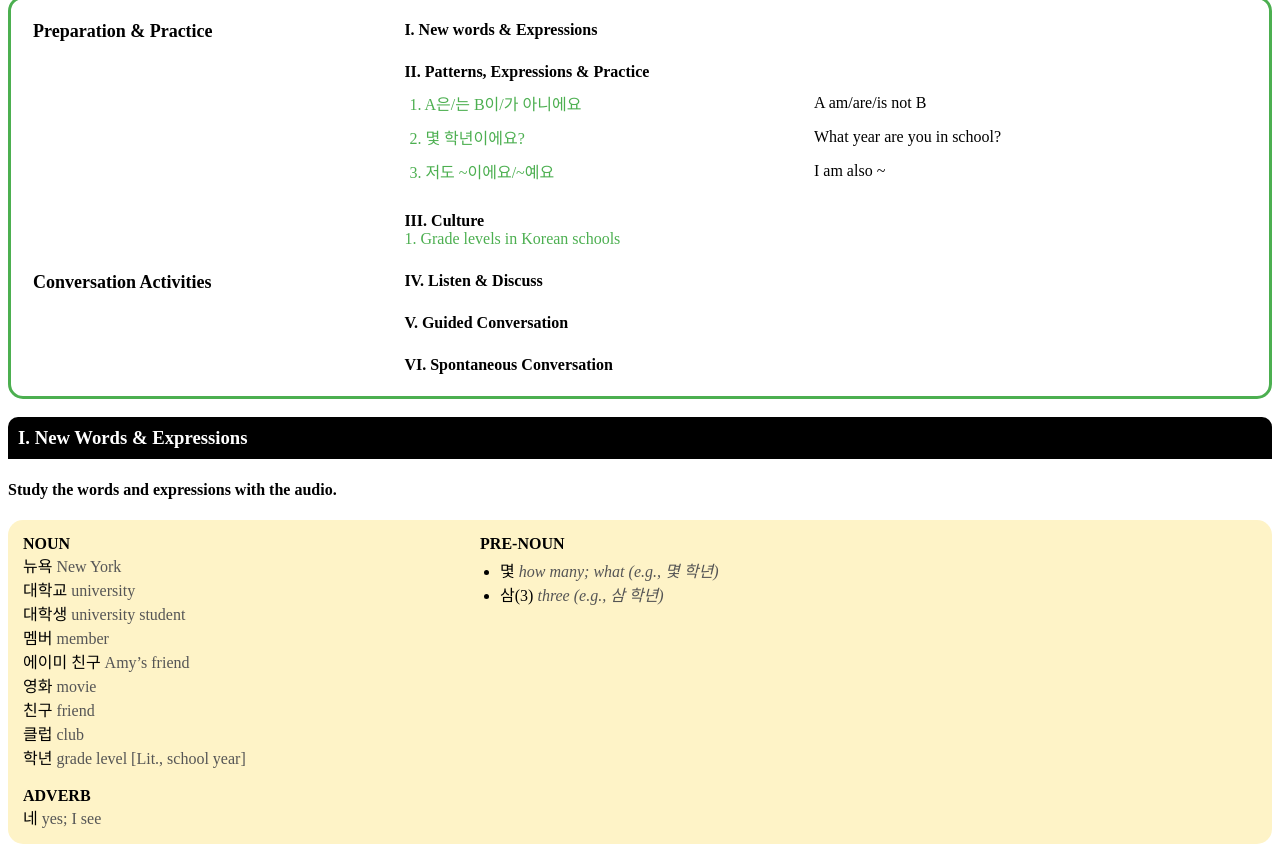
Repository: elliehong89/pineapple-content
Page: 1.anytimekorea/chap3/섹션1~3.html
These files come from the project's save history. The page is drawn as it stood at one moment and after the next save; the edit follows.
The browser window is 1280 px wide. The pictures show the part of the page from y = 416 to 1268 px (the page is 1268 px tall).
A picture or video elsewhere on the page could not be fetched, so the positions and the page height are approximate.

Above is the page before, as saved 2025-02-19 17:05:50.

### 1.anytimekorea/chap3/섹션1~3.html
<!-- +++++ 챕터 3 +++++  -->
<h2><strong>| Asking one's year in school and university</strong></h2>
<h4 class="caption">Asking one's year in school and university</h4>
<p><img src="http://api.pineapple.ac:80/textbook/textbookContents/images/9781635190151/0c3aafb0-3dfa-49e1-9001-c0cc26fb8da4.png"><br></p>

<!-- 섹션 2 -->
<div style="border: 3px solid #4CAF50; border-radius: 15px; padding: 10px;">
    <table style="border-collapse: collapse; width: 100%;">
        <tbody>
            <tr>
                <td rowspan="3" style="width: 30%; font-size: 18px; font-weight: bold; padding: 12px; vertical-align: top;">Preparation &amp; Practice</td>
                <td style="width: 70%; padding: 12px; font-weight: bold;">I. New words &amp; Expressions</td>
            </tr>
            <tr>
                <td style="padding: 12px;">
                    <strong>II. Patterns, Expressions &amp; Practice</strong>
                    <table style="width: 100%; border-collapse: collapse; margin-top: 5px;">
                        <tbody>
                            <tr>
                                <td style="color: #4CAF50; padding: 5px;">1. A은/는 B이/가 아니에요</td>
                                <td style="padding: 5px;">A am/are/is not B</td>
                            </tr>
                            <tr>
                                <td style="color: #4CAF50; padding: 5px;">2. 몇 학년이에요?</td>
                                <td style="padding: 5px;">What year are you in school?</td>
                            </tr>
                            <tr>
                                <td style="color: #4CAF50; padding: 5px;">3. 저도 ~이에요/~예요</td>
                                <td style="padding: 5px;">I am also ~</td>
                            </tr>
                        </tbody>
                    </table>
                </td>
            </tr>
            <tr>
                <td style="padding: 12px;">
                    <strong>III. Culture</strong><br>
                    <span style="color: #4CAF50;">1. Grade levels in Korean schools</span><br>
                </td>
            </tr>
            <tr>
                <td rowspan="3" style="width: 30%; font-size: 18px; font-weight: bold; padding: 12px; vertical-align: top;">Conversation Activities</td>
                <td style="padding: 12px;"><strong>IV. Listen &amp; Discuss</strong></td>
            </tr>
            <tr>
                <td style="padding: 12px;"><strong>V. Guided Conversation</strong></td>
            </tr>
            <tr>
                <td style="padding: 12px;"><strong>VI. Spontaneous Conversation</strong></td>
            </tr>
        </tbody>
    </table>
</div>

<!-- 섹션3 -->
<h3 style="border-top-left-radius: 10px; border-top-right-radius: 10px; color: #ffffff; background-color: #000000; padding: 10px;">I. New Words &amp; Expressions</h3>
<h4> Study the words and expressions with the audio.</h4>

<div style="border: 3px; background-color: rgb(254, 243, 199); border-radius: 15px; padding: 15px;">
    <div style="display: flex; gap: 20px;">
        <div style="width: 36%;">
            <div><strong>NOUN</strong></div>
            <div>뉴욕 <span style="color: #555;">New York</span></div>
            <div>대학교 <span style="color: #555;">university</span></div>
            <div>대학생 <span style="color: #555;">university student</span></div>
            <div>멤버 <span style="color: #555;">member</span></div>
            <div>에이미 친구 <span style="color: #555;">Amy’s friend</span></div>
            <div>영화 <span style="color: #555;">movie</span></div>
            <div>친구 <span style="color: #555;">friend</span></div>
            <div>클럽 <span style="color: #555;">club</span></div>
            <div>학년 <span style="color: #555;">grade level [Lit., school year]</span></div>
            <br>
            <div><strong>ADVERB</strong></div>
            <div>네 <span style="color: #555;">yes; I see</span></div>
        </div>
        <div style="width: 64%;">
            <div><strong>PRE-NOUN</strong></div>
            <ul style="padding-left: 20px; margin: 5px 0;">
                <li>몇 <span style="color: #555;"><em>how many; what (e.g., 몇 학년)</em></span></li>
                <li>삼(3)  <span style="color: #555;"><em>three (e.g., 삼 학년)</em></span></li>
            </ul>
        </div>
    </div>
</div>

After the next save:
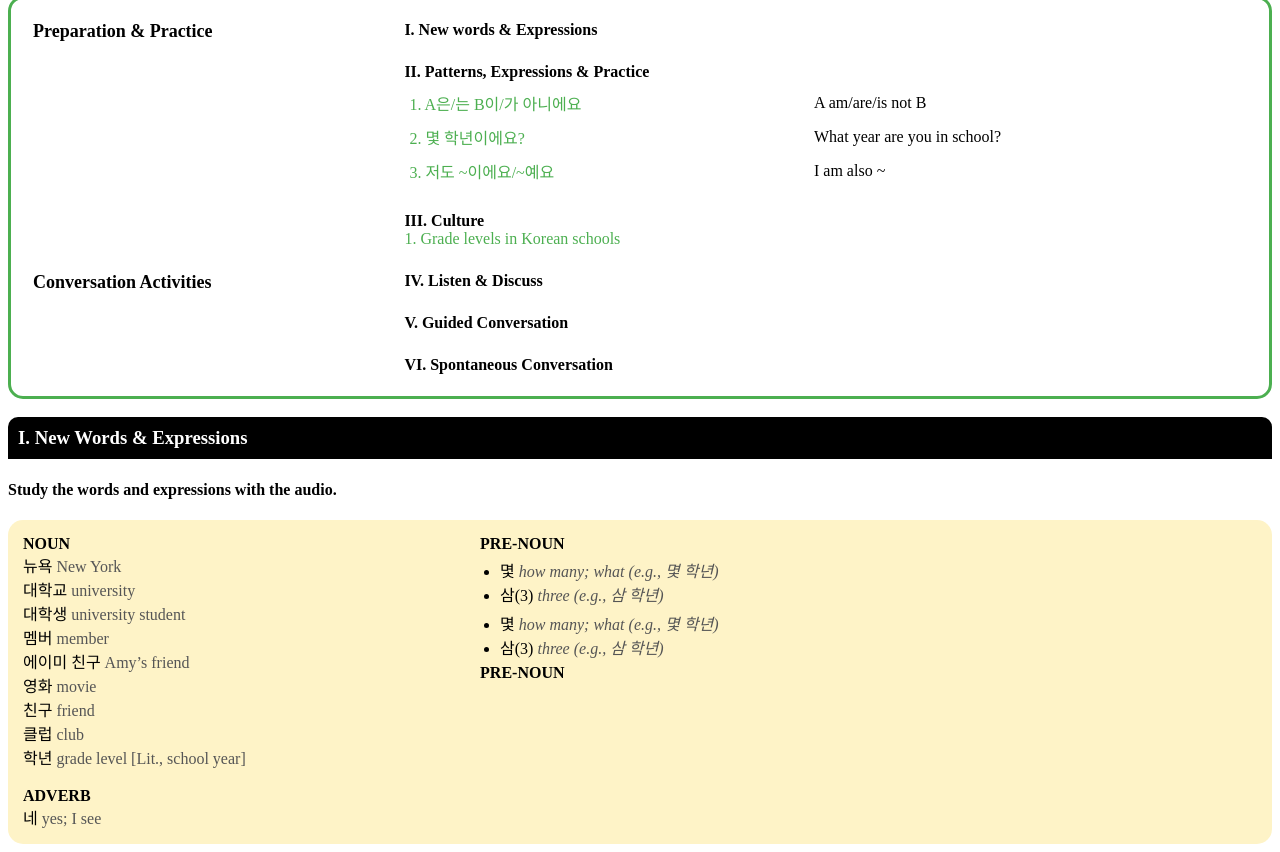
Saved 2 min 57 s later.
--- a/1.anytimekorea/chap3/섹션1~3.html
+++ b/1.anytimekorea/chap3/섹션1~3.html
@@ -79,6 +79,11 @@
                 <li>몇 <span style="color: #555;"><em>how many; what (e.g., 몇 학년)</em></span></li>
                 <li>삼(3)  <span style="color: #555;"><em>three (e.g., 삼 학년)</em></span></li>
             </ul>
+            <ul style="padding-left: 20px; margin: 5px 0;">
+                <li>몇 <span style="color: #555;"><em>how many; what (e.g., 몇 학년)</em></span></li>
+                <li>삼(3)  <span style="color: #555;"><em>three (e.g., 삼 학년)</em></span></li>
+            </ul>
+            <div><strong>PRE-NOUN</strong></div>
         </div>
     </div>
 </div>
